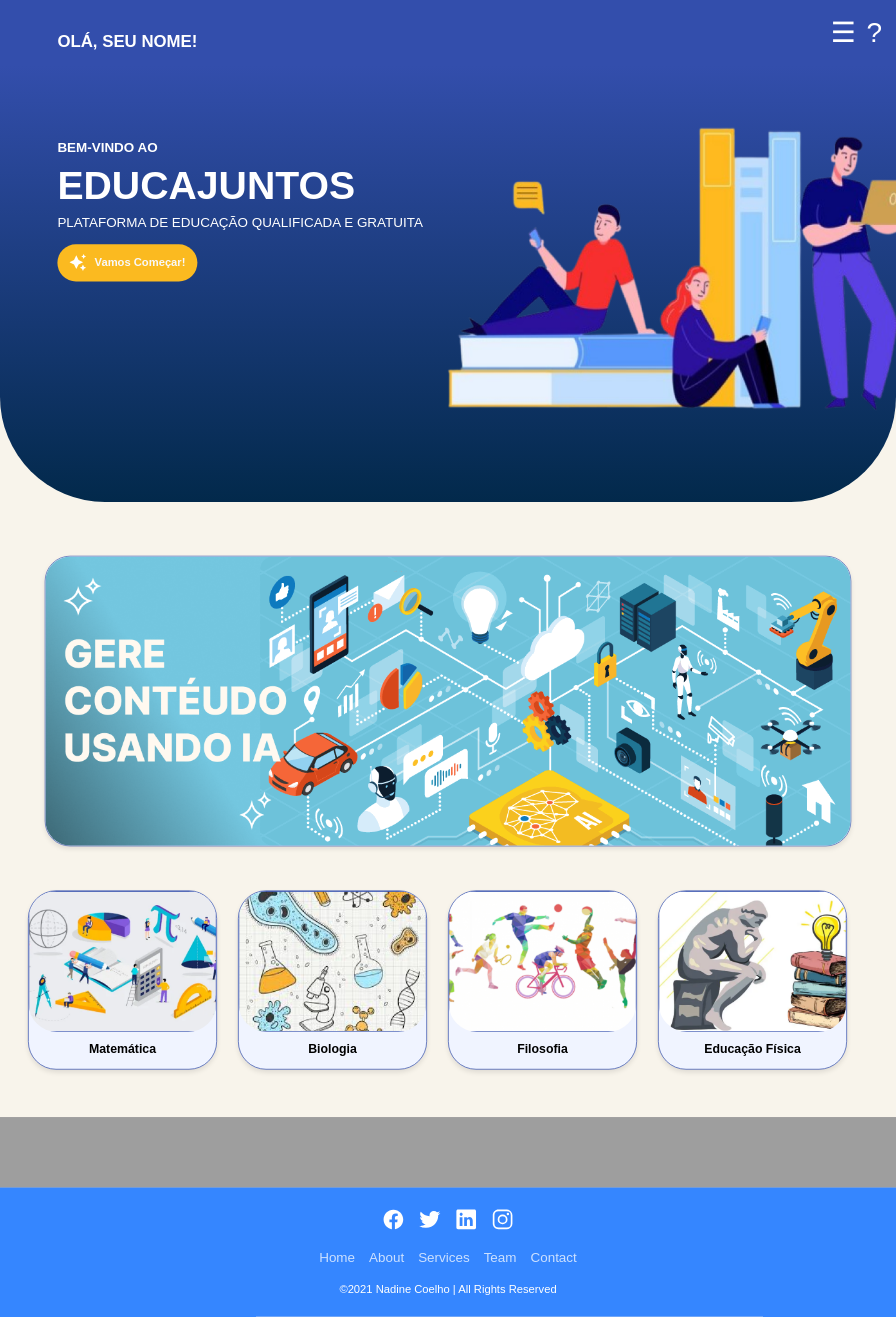
Repository: Matheus904-12/EDUCAJUNTOS
Page: inicio/index.html
The author's editor kept a copy of each file at every save. The page is drawn from the files as they stood at one save, then again after the next save.
The browser window is 1280 px wide. The pictures show the whole page, at 70% of full size.
Pictures or frames that could not be fetched are drawn as grey boxes.

Above is the page before, as saved 2024-10-28 20:31:34.

### inicio/index.html
<!DOCTYPE html>
<html lang="pt-BR">

<head>
    <meta charset="UTF-8">
    <meta name="viewport" content="width=device-width, initial-scale=1.0">
    <title>Educajuntos</title>
    <link rel="stylesheet" href="style.css">
</head>

<body>
    <header>
        <h1>OLÁ, SEU NOME!</h1>
        <nav>
            <button class="menu-btn">&#9776;</button>
            <button class="help-btn">?</button>
        </nav>
    </header>

    <section class="hero">
        <h2>BEM-VINDO AO</h2>
        <h3>EDUCAJUNTOS</h3>
        <p>PLATAFORMA DE EDUCAÇÃO QUALIFICADA E GRATUITA</p>
        <button class="btn">
            <svg height="24" width="24" fill="#FFFFFF" viewBox="0 0 24 24" data-name="Layer 1" id="Layer_1" class="sparkle">
                <path d="M10,21.236,6.755,14.745.264,11.5,6.755,8.255,10,1.764l3.245,6.491L19.736,11.5l-6.491,3.245ZM18,21l1.5,3L21,21l3-1.5L21,18l-1.5-3L18,18l-3,1.5ZM19.333,4.667,20.5,7l1.167-2.333L24,3.5,21.667,2.333,20.5,0,19.333,2.333,17,3.5Z"></path>
            </svg>

            <span class="text">Vamos Começar!</span>
        </button>
        <div class="hero-image">
            <img src="../image/1.png" alt="Imagem ilustrativa de pessoas estudando">
        </div>

    </section>

    <br>
    <br>
    <br>

    <main>

        <div class="category-card large">
            <img src="../image/7.png" alt="IA">
        </div>

        <section class="categories">
            <div class="category-card">
                <img src="../image/2.png" alt="Matemática">
                <p>Matemática</p>
                <br>
            </div>
            <div class="category-card">
                <img src="../image/3.png" alt="Biologia">
                <p>Biologia</p>
                <br>
            </div>
            <div class="category-card">
                <img src="../image/6.png" alt="Filosofia">
                <p>Filosofia</p>
                <br>
            </div>
            <div class="category-card">
                <img src="../image/5.png" alt="Educação Física">
                <p>Educação Física</p>
                <br>
            </div>
        </section>
    </main>

    <footer class="footer">
        <div class="waves">
          <div class="wave" id="wave1"></div>
          <div class="wave" id="wave2"></div>
          <div class="wave" id="wave3"></div>
          <div class="wave" id="wave4"></div>
        </div>
        <ul class="social-icon">
          <li class="social-icon__item"><a class="social-icon__link" href="#">
              <ion-icon name="logo-facebook"></ion-icon>
            </a></li>
          <li class="social-icon__item"><a class="social-icon__link" href="#">
              <ion-icon name="logo-twitter"></ion-icon>
            </a></li>
          <li class="social-icon__item"><a class="social-icon__link" href="#">
              <ion-icon name="logo-linkedin"></ion-icon>
            </a></li>
          <li class="social-icon__item"><a class="social-icon__link" href="#">
              <ion-icon name="logo-instagram"></ion-icon>
            </a></li>
        </ul>
        <ul class="menu">
          <li class="menu__item"><a class="menu__link" href="#">Home</a></li>
          <li class="menu__item"><a class="menu__link" href="#">About</a></li>
          <li class="menu__item"><a class="menu__link" href="#">Services</a></li>
          <li class="menu__item"><a class="menu__link" href="#">Team</a></li>
          <li class="menu__item"><a class="menu__link" href="#">Contact</a></li>

        </ul>
        <p>&copy;2021 Nadine Coelho | All Rights Reserved</p>
      </footer>
      <script type="module" src="https://unpkg.com/ionicons@5.5.2/dist/ionicons/ionicons.esm.js"></script>
      <script nomodule src="https://unpkg.com/ionicons@5.5.2/dist/ionicons/ionicons.js"></script>

    <script src="script.js"></script>
</body>

</html>

### inicio/style.css
* {
    margin: 0;
    padding: 0;
    box-sizing: border-box;
    font-family: Arial, sans-serif;
}

body {
    background-color: #F8F4EB;
    color: #333;
}

header {
    background-color: #334EAC;
    color: #fff;
    padding: 20px;
    display: flex;
    justify-content: space-between;
    align-items: center;
}

header h1 {
    font-size: 1.5em;
    margin-left: 5%;
    margin-top: 2%;
}

nav {
    display: flex;
    gap: 15px;
}

.menu-btn,
.help-btn {
    background: none;
    border: none;
    color: #fff;
    font-size: 2.5em;
    cursor: pointer;
}

/* Hero Section with Rounded Bottom Borders and Centered Image */
.hero {
    background: linear-gradient(#334EAC, #02294b);
    color: #fff;
    padding: 45px 20px;
    border-bottom-left-radius: 150px;
    border-bottom-right-radius: 150px;
    position: relative;
    display: flex;
    flex-direction: column;
    align-items: flex-start;
    overflow: hidden;

}

.hero h2 {
    font-size: 1.2em;
    margin-bottom: 10px;
    font-weight: bold;
    margin-left: 5%;
    margin-top: 5%;
}

.hero h3 {
    font-size: 3.5em;
    margin-bottom: 10px;
    font-weight: bold;
    margin-left: 5%;
}

.hero p {
    font-size: 1.2em;
    margin-bottom: 20px;
    margin-left: 5%;
}

.hero-image {
    display: flex;
    margin-left: 45%;
    width: 782px;
    height: 580px;
    margin-top: -25%;
}

.hero-image img {
    width: 100%;
    height: auto;
    border-radius: 0 0 150px 150px;
}

/* Categories Section */
.categories {
    display: grid;
    grid-template-columns: repeat(4, 1fr);
    gap: 0px;
    padding: 40px;
}

.category-card {
    background-color: #F0F4FF;
    /* Cor de fundo suave */
    border: 1px solid #334EAC;
    /* Contorno azul */
    border-radius: 40px;
    text-align: center;
    box-shadow: 0px 4px 8px rgba(0, 0, 0, 0.1);
    width: 90%;
    height: 100%;

}

.category-card img {
    width: 100%;
    border-radius: 40px;
    margin-top: 0px;
}

.category-card p {
    margin-top: 10px;
    font-size: 1.1em;
    font-weight: bold;
    color: #000000;
}

/* Ajuste do card para o modo grande */
.category-card.large {
    grid-column: span 2;
    display: flex;
    justify-content: center;
    align-items: center;
    font-size: 1.5em;
    font-weight: bold;
    width: 100%;
    transform: scale(90%);
    border-radius: 40px;
}

/* From Uiverse.io by AlimurtuzaCodes */
.btn {
    border: none;
    width: 15em;
    height: 4em;
    border-radius: 3em;
    display: flex;
    justify-content: center;
    align-items: center;
    gap: 12px;
    background: #fbba20;
    cursor: pointer;
    transition: all 450ms ease-in-out;
    margin-left: 5%;
}

.sparkle {
    fill: #ffffff;
    transition: all 800ms ease;
}

.text {
    font-weight: 600;
    color: #f8f8f8;
    font-size: medium;
}

.btn:hover {
    background: linear-gradient(0deg, #cca152);
    box-shadow: inset 0px 1px 0px 0px rgba(255, 255, 255, 0.4),
        inset 0px -4px 0px 0px rgba(0, 0, 0, 0.2),
        0px 0px 0px 4px rgba(255, 255, 255, 0.2),
        0px 0px 180px 0px #334EAC;
    transform: translateY(-2px);
}

.btn:hover .text {
    color: white;
}

.btn:hover .sparkle {
    fill: white;
    transform: scale(1.2);
}

.footer {
    position: relative;
    width: 100%;
    background: #3586ff;
    min-height: 100px;
    padding: 20px 50px;
    display: flex;
    justify-content: center;
    align-items: center;
    flex-direction: column;
    margin-top: 10%;
}

.social-icon,
.menu {
    position: relative;
    display: flex;
    justify-content: center;
    align-items: center;
    margin: 10px 0;
    flex-wrap: wrap;
}

.social-icon__item,
.menu__item {
    list-style: none;
}

.social-icon__link {
    font-size: 2rem;
    color: #fff;
    margin: 0 10px;
    display: inline-block;
    transition: 0.5s;
}

.social-icon__link:hover {
    transform: translateY(-10px);
}

.menu__link {
    font-size: 1.2rem;
    color: #fff;
    margin: 0 10px;
    display: inline-block;
    transition: 0.5s;
    text-decoration: none;
    opacity: 0.75;
    font-weight: 300;
}

.menu__link:hover {
    opacity: 1;
}

.footer p {
    color: #fff;
    margin: 15px 0 10px 0;
    font-size: 1rem;
    font-weight: 300;
}

.wave {
    position: absolute;
    top: -100px;
    left: 0;
    width: 100%;
    height: 100px;
    background: url("https://i.ibb.co/wQZVxxk/wave.png");
    background-size: 1000px 100px;
}

.wave#wave1 {
    z-index: 1000;
    opacity: 1;
    bottom: 0;
    animation: animateWaves 4s linear infinite;
}

.wave#wave2 {
    z-index: 999;
    opacity: 0.5;
    bottom: 10px;
    animation: animate 4s linear infinite !important;
}

.wave#wave3 {
    z-index: 1000;
    opacity: 0.2;
    bottom: 15px;
    animation: animateWaves 3s linear infinite;
}

.wave#wave4 {
    z-index: 999;
    opacity: 0.7;
    bottom: 20px;
    animation: animate 3s linear infinite;
}

@keyframes animateWaves {
    0% {
        background-position-x: 1000px;
    }

    100% {
        background-positon-x: 0px;
    }
}

@keyframes animate {
    0% {
        background-position-x: -1000px;
    }

    100% {
        background-positon-x: 0px;
    }
}

### inicio/script.js
document.addEventListener('DOMContentLoaded', () => {
    const menuButton = document.querySelector('.menu-btn');
    const dropdownMenu = document.querySelector('.dropdown-menu');

    menuButton.addEventListener('click', () => {
        dropdownMenu.style.display = dropdownMenu.style.display === 'block' ? 'none' : 'block';
    });

    // Fecha o menu dropdown ao clicar fora dele
    document.addEventListener('click', (event) => {
        if (!menuButton.contains(event.target) && !dropdownMenu.contains(event.target)) {
            dropdownMenu.style.display = 'none';
        }
    });
});

After the next save:
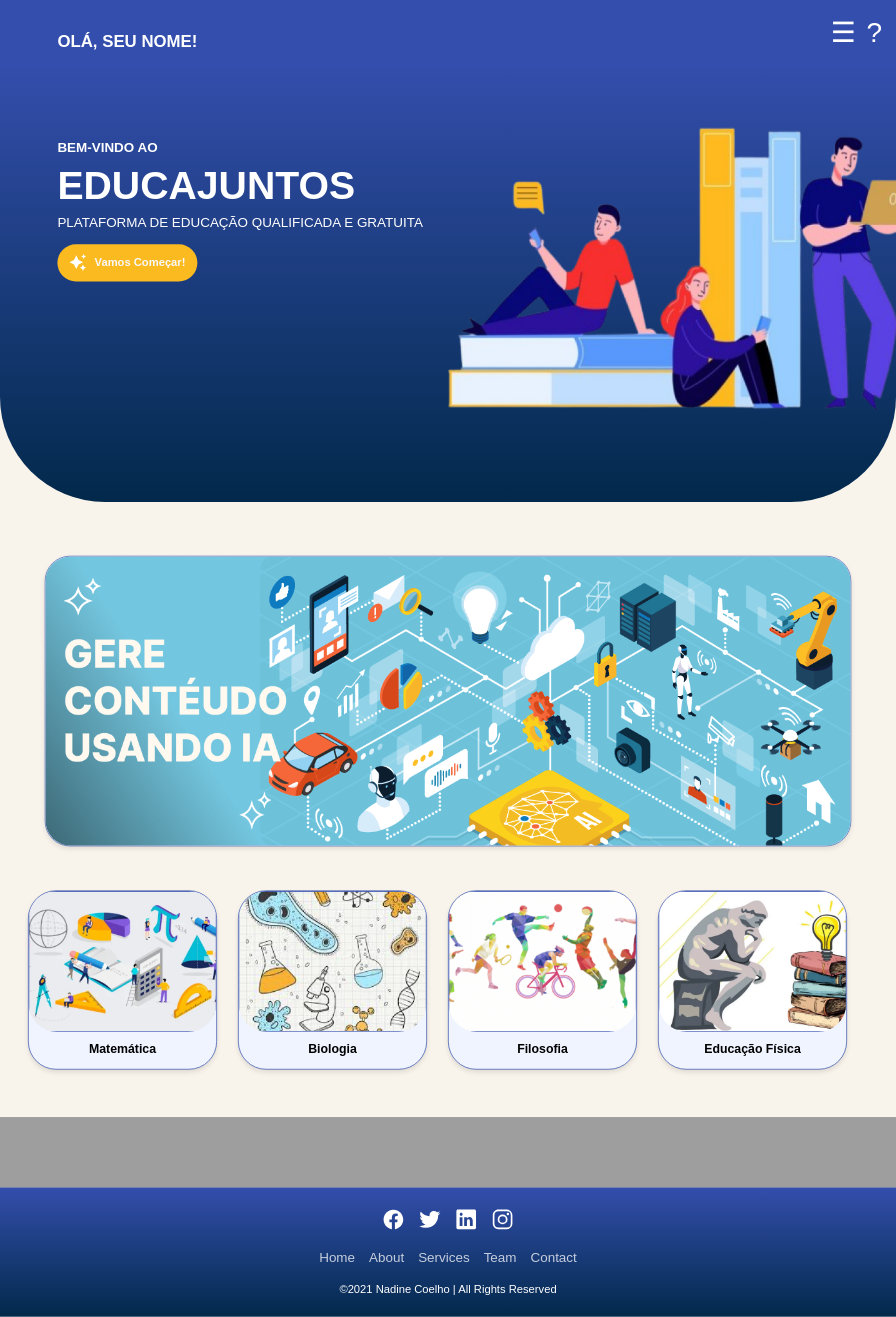
Saved 13 s later.
--- a/inicio/style.css
+++ b/inicio/style.css
@@ -184,7 +184,7 @@ nav {
 .footer {
     position: relative;
     width: 100%;
-    background: #3586ff;
+    background: linear-gradient(#334EAC, #02294b);
     min-height: 100px;
     padding: 20px 50px;
     display: flex;
